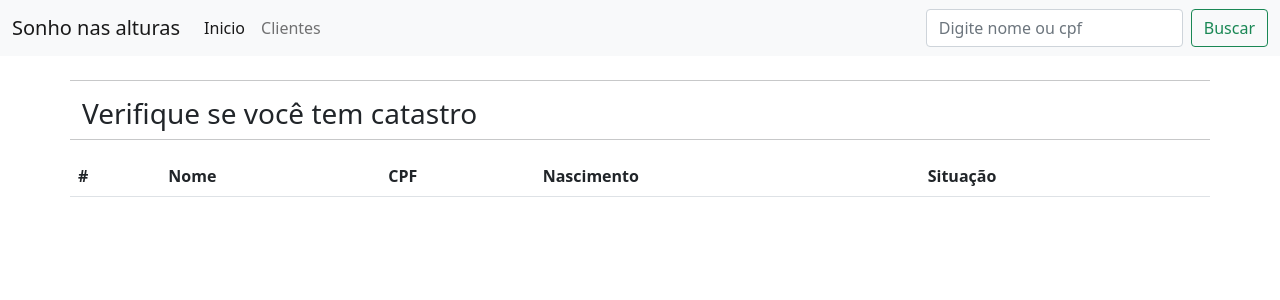
Repository: GabrielAzevedo99/back-end
Page: http://localhost/java-crud/lista.jsp
These files come from the project's save history. The page is drawn as it stood at one moment and after the next save; the edit follows.
The browser window is 1280 px wide. The pictures show the whole page.
The page is served by Tomcat 9. Other server files are loaded and not shown. The template is opened directly, without the code that normally fills it, so the values that code supplies are empty.

Above is the page before, as saved 2022-02-06 03:01:48.

### java-crud/src/main/webapp/lista.jsp
<%@ page language="java" contentType="text/html; charset=ISO-8859-1" pageEncoding="ISO-8859-1"%>
<%@ taglib uri='http://java.sun.com/jsp/jstl/core' prefix='c'%>
<!DOCTYPE html>
<html>
<head>
<meta charset="ISO-8859-1">
<title>Lista de Clientes</title>
<link href="https://cdn.jsdelivr.net/npm/bootstrap@5.1.3/dist/css/bootstrap.min.css" rel="stylesheet" integrity="sha384-1BmE4kWBq78iYhFldvKuhfTAU6auU8tT94WrHftjDbrCEXSU1oBoqyl2QvZ6jIW3" crossorigin="anonymous">
</head>
<body>
<nav class="navbar navbar-expand-lg navbar-light bg-light">
  <div class="container-fluid">
    <a class="navbar-brand" href="#">Sonho nas alturas</a>
    <button class="navbar-toggler" type="button" data-bs-toggle="collapse" data-bs-target="#navbarSupportedContent" aria-controls="navbarSupportedContent" aria-expanded="false" aria-label="Toggle navigation">
      <span class="navbar-toggler-icon"></span>
    </button>
    <div class="collapse navbar-collapse" id="navbarSupportedContent">
      <ul class="navbar-nav me-auto mb-2 mb-lg-0">
        <li class="nav-item">
          <a class="nav-link active" aria-current="page" href="index.html">Inicio</a>
        </li>
        <li class="nav-item">
          <a class="nav-link" href="#">Clientes</a>
        </li>


      </ul>
      <form action="CreateAndFind" method="GET" class="d-flex">
        <input name="pesquisa" class="form-control me-2" type="search" placeholder="Digite nome ou cpf" aria-label="Search">
        <button class="btn btn-outline-success" type="submit">Buscar</button>
      </form>
    </div>
  </div>
</nav>

<br>
<div class="container">
<div class="row">
<hr>
<h3>Verifique se você tem catastro</h3>
<hr>
<table class="table">
<thead>
<tr>
<th>#</th>
<th>Nome</th>
<th>CPF</th>
<th>Nascimento</th>
<th>Situação</th>
</tr>
</thead>

<tbody>
<c:forEach items ="${clientes}"  var="cliente">
							<tr>
								<td>${cliente. id}</td>
								<td>${cliente.nome}</td>
								<td>${cliente.cpf}</td>
								<td>${cliente.nascimento}</td>
								<td>${cliente.situação }</td>
								<td>
									<a href="ClienteControle?clienteId= ${cliente.id}">deletar</a> |
									<a href ="Cliente?clienteId=${cliente.id}">atualizar</a>
								</td>
							</tr>
						</c:forEach>
				</tbody>

</table>
<h3><a href="index.html>voltar</a></h3>

</div>
</div>




<!-- JavaScript Bundle with Popper -->
<script src="https://cdn.jsdelivr.net/npm/bootstrap@5.1.3/dist/js/bootstrap.bundle.min.js" integrity="sha384-ka7Sk0Gln4gmtz2MlQnikT1wXgYsOg+OMhuP+IlRH9sENBO0LRn5q+8nbTov4+1p" crossorigin="anonymous"></script>

</body>
</html >

After the next save:
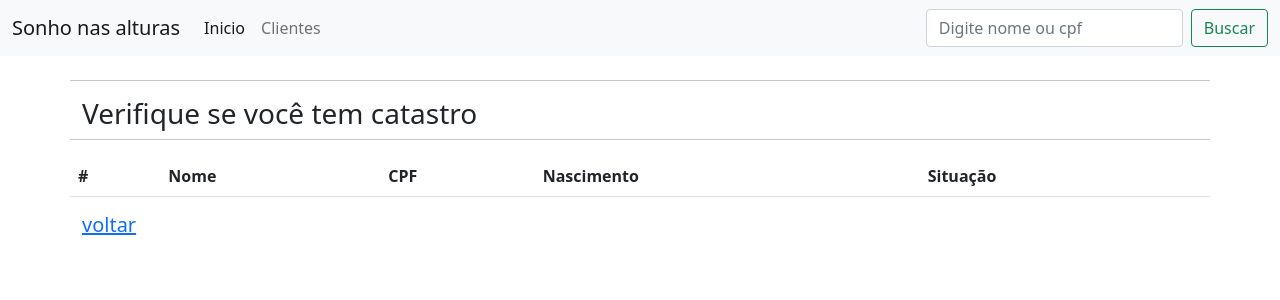
Saved 5 min 25 s later.
--- a/java-crud/src/main/webapp/lista.jsp
+++ b/java-crud/src/main/webapp/lista.jsp
@@ -67,7 +67,8 @@
 				</tbody>
 
 </table>
-<h3><a href="index.html>voltar</a></h3>
+
+<h5><a href="Index.html">voltar</a></h5>
 
 </div>
 </div>
